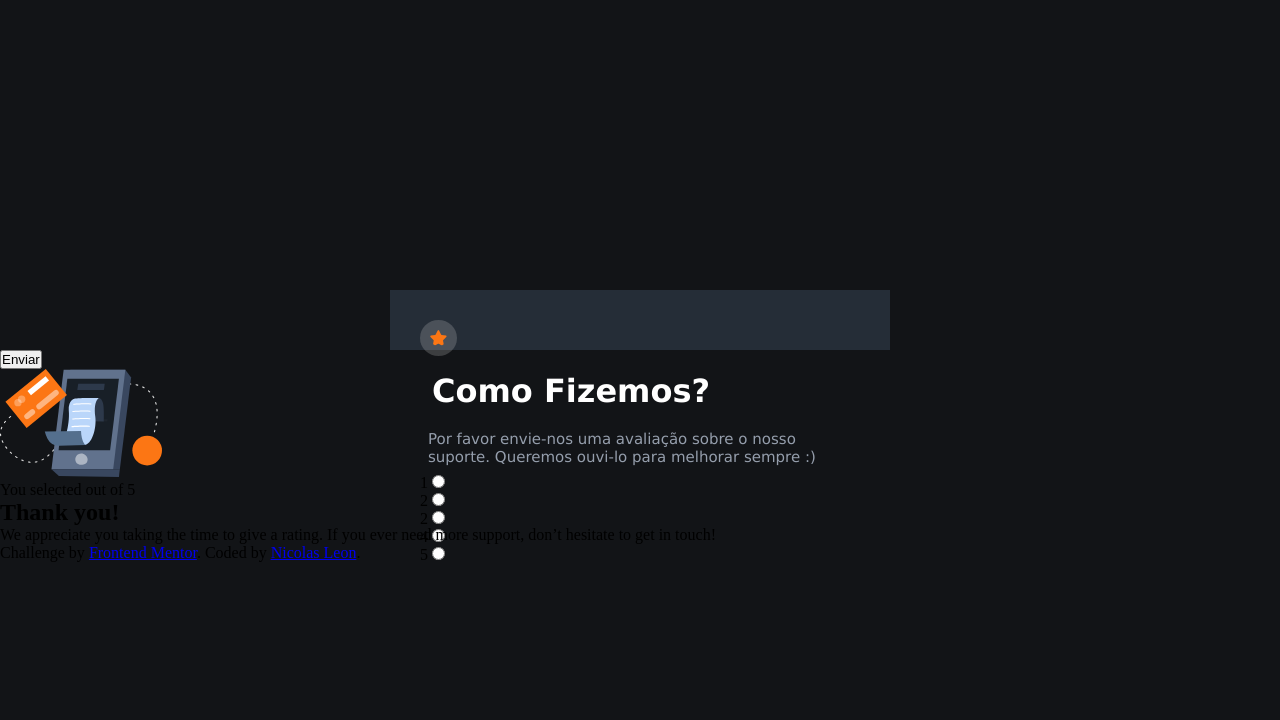
Repository: Leonngc/projeto-avaliacao
Page: index.html
These files come from the project's save history. The page is drawn as it stood at one moment and after the next save; the edit follows.
The browser window is 1280 px wide. The pictures show the whole page.

Above is the page before, as saved 2023-01-29 20:33:16.
Console error: SyntaxError: Unexpected token ')'

After the next save:
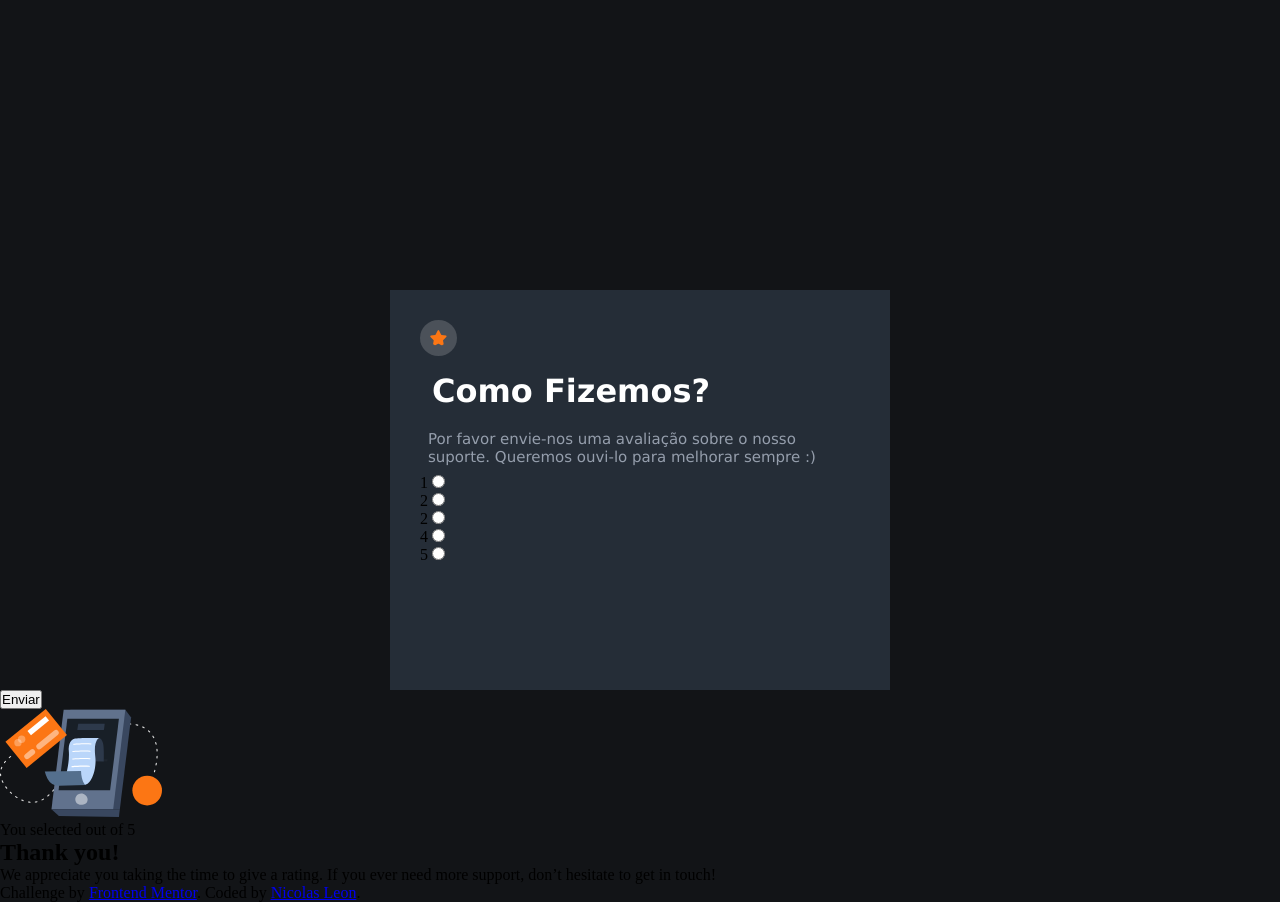
Saved 4 s later.
--- a/styles/style.css
+++ b/styles/style.css
@@ -18,7 +18,7 @@ body{
 #card{
   background-color: var(--dark-blue);
   width: 500px;
-  height: 0px;
+  height: 400px;
   margin: auto;
   margin-top: 290px;
   padding: 30px;
